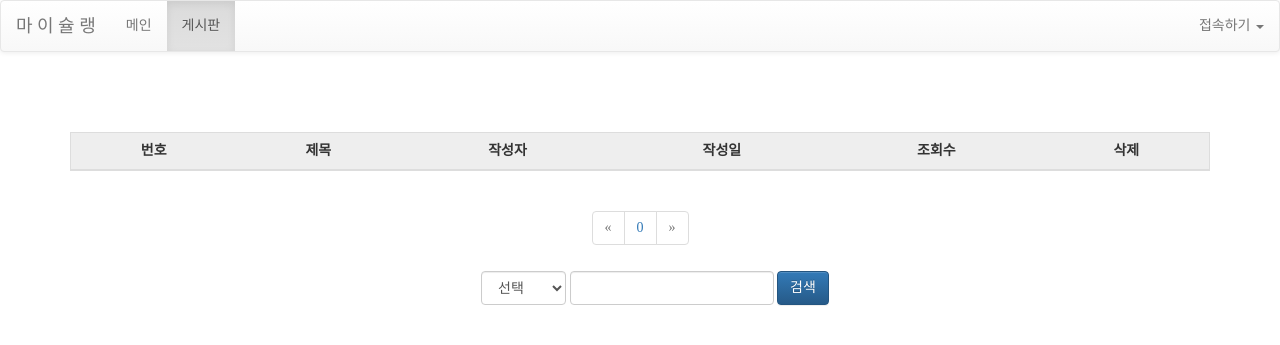
Repository: serendipity63/mychelin
Page: http://localhost/board/WEB-INF/views/boardlist.jsp
An editor plug-in stored every save of this project. The page is shown before and after the next save, followed by the edit.
The browser window is 1280 px wide. The pictures show the whole page.
Some web fonts or font styles are not loaded; a fallback is used. Some web libraries are served in a nearby version. The page is served by Tomcat 9. Nobody is signed in. Other server files are loaded and not shown. The template is opened directly, without the code that normally fills it, so the values that code supplies are empty.

Above is the page before, as saved 2024-01-11 08:24:13.

### board/src/main/webapp/WEB-INF/views/boardlist.jsp
<%@ page language="java" contentType="text/html; charset=UTF-8"
	pageEncoding="UTF-8"%>
<%@ taglib prefix="c" uri="http://java.sun.com/jsp/jstl/core"%>
<c:set var="contextPath" value="${pageContext.request.contextPath }" />

<!DOCTYPE html>
<html>
<head>
<meta charset="UTF-8">
<meta http-equiv="Content-Type" content="text/html; charset=UTF-8">
<meta name="viewport" content="width=device-width" , initial-scale="1">
<script src="https://code.jquery.com/jquery-3.1.1.min.js"></script>
<link rel="stylesheet" type="text/css"
	href="${contextPath}/resources/static/css/custom.css">
<link rel="stylesheet" type="text/css"
	href="https://maxcdn.bootstrapcdn.com/bootstrap/3.3.7/css/bootstrap.min.css">
<link rel="stylesheet" type="text/css"
	href="https://maxcdn.bootstrapcdn.com/bootstrap/3.3.7/css/bootstrap-theme.min.css">
<script
	src="https://maxcdn.bootstrapcdn.com/bootstrap/3.3.7/js/bootstrap.min.js"></script>
<title>JSP 게시판 사이트</title>
<style type="text/css">
a, a:hover {
	color: #000000;
	text-decoration: none;
}
</style>
</head>
<body>
	<nav class="navbar navbar-default">
		<div class="navbar-header">
			<button type="button" class="navbar-toggle collapsed"
				data-toggle="collapse" data-target="#bs-example-navbar-collapse-1"
				aria-expanded="false">
				<span class="icon-bar"></span> <span class="icon-bar"></span> <span
					class="icon-bar"></span>
			</button>
			<a class="navbar-brand" href="main">마 이 슐 랭</a>
		</div>
		<div class="collapse navbar-collapse"
			id="bs-example-navbar-collapse-1">
			<ul class="nav navbar-nav">
				<li><a href="${contextPath}/main">메인</a></li>
				<li class="active"><a href="${contextPath}/boardlist">게시판</a></li>
			</ul>
			<c:choose>

				<c:when test="${user eq Empty}">


					<ul class="nav navbar-nav navbar-right">
						<li class="dropdown"><a href="#" class="dropdown-toggle"
							data-toggle="dropdown" role="button" aria-haspopup="true"
							aria-expanded="false">접속하기 <span class="caret"></span>
						</a>
							<ul class="dropdown-menu">
								<li><a href="login">로그인</a></li>
								<li><a href="join">회원가입</a></li>
							</ul></li>
					</ul>

				</c:when>
				<c:otherwise>
					<ul class="nav navbar-nav navbar-right">
						<li class="dropdown"><a href="#" class="dropdown-toggle"
							data-toggle="dropdown" role="button" aria-haspopup="true"
							aria-expanded="false">회원관리 <span class="caret"></span>
						</a>
							<ul class="dropdown-menu">
								<li><a href="logout">로그아웃</a></li>
							</ul></li>
					</ul>
				</c:otherwise>
			</c:choose>
		</div>
	</nav>


	<div class="container">
		<c:if test="${user ne Empty }">
			<a href="${contextPath }/boardwrite"
				class="btn btn-primary pull-right">글쓰기</a>
		</c:if>
		<br /> <br /> <br />
		<table class="table table-striped"
			style="text-align: center; border: 1px solid #dddddd">
			<thead>
				<tr>
					<th style="background-color: #eeeeee; text-align: center;">번호</th>
					<th style="background-color: #eeeeee; text-align: center;">제목</th>
					<th style="background-color: #eeeeee; text-align: center;">작성자</th>
					<th style="background-color: #eeeeee; text-align: center;">작성일</th>
					<th style="background-color: #eeeeee; text-align: center;">조회수</th>
					<th style="background-color: #eeeeee; text-align: center;">삭제</th>
				</tr>
			</thead>
			<tbody>
				<c:forEach items="${boardList}" var="board">
					<tr id="tr_bottom">
						<td>${board.num}</td>
						<td><a
							href="${contextPath}/boarddetail/${board.num}/${pageInfo.curPage}">${board.subject}</a></td>
						<td>${board.writer}</td>
						<td>${board.writedate}</td>
						<td>${board.viewcount}</td>
						<td><c:if test="${user.id == board.writer}">
								<a
									href="${contextPath}/boarddelete/${board.num}/${pageInfo.curPage}">삭제</a>
							</c:if></td>
					</tr>
				</c:forEach>
			</tbody>
		</table>
		<nav aria-label="Page navigation" style="text-align: center;">
			<ul class="pagination" style="display: inline-block;">
				<c:choose>
					<c:when test="${pageInfo.curPage > 1}">
						<li><a
							href="${contextPath}/boardlist?page=${pageInfo.curPage-1}"
							onclick="return callBtn(${pageInfo.curPage-1});"
							aria-label="Previous"> <span aria-hidden="true">&laquo;</span>
						</a></li>
					</c:when>
					<c:otherwise>
						<li class="disabled"><span aria-hidden="true">&laquo;</span>
						</li>
					</c:otherwise>
				</c:choose>

				<c:forEach begin="${pageInfo.startPage}" end="${pageInfo.endPage}"
					var="i">
					<li class="${pageInfo.curPage == i ? 'active' : ''}"><a
						href="${contextPath}/boardlist?page=${i}"
						onclick="return callBtn(${i});">${i}</a></li>
				</c:forEach>

				<c:choose>
					<c:when test="${pageInfo.curPage < pageInfo.allPage}">
						<li><a
							href="${contextPath}/boardlist?page=${pageInfo.curPage+1}"
							onclick="return callBtn(${pageInfo.curPage+1});"
							aria-label="Next"> <span aria-hidden="true">&raquo;</span>
						</a></li>
					</c:when>
					<c:otherwise>
						<li class="disabled"><span aria-hidden="true">&raquo;</span>
						</li>
					</c:otherwise>
				</c:choose>
			</ul>
		</nav>
<div class="container">
    <form class="form-inline" action="boardsearch" method="post" id="searchform" style="text-align: center;">
        <input type="hidden" name="page" id="page" value="1">
        <div class="form-group">
            <select class="form-control" name="type">
                <option value="all">선택</option>
                <option value="subject" ${type eq 'subject'? 'selected':''}>제목</option>
                <option value="writer" ${type eq 'writer'? 'selected':''}>작성자</option>
                <option value="content" ${type eq 'content'? 'selected':''}>내용</option>
            </select>
        </div>
        <div class="form-group">
            <input type="text" class="form-control" name="keyword" id="keyword" value="${keyword }">
        </div>
        <button type="submit" class="btn btn-primary">검색</button>
    </form>
</div>

	</div>

</body>
</html>

### board/src/main/webapp/resources/static/css/custom.css
@charset "UTF-8";
@import url(http://fonts.googleapis.com/earlyaccess/nanumgothic.css);
@import url(http://fonts.googleapis.com/earlyaccess/hanna.css);

*{
	font-family:'Nanum Gothic';
}
h1{
	font-family: 'Hanna';
}

After the next save:
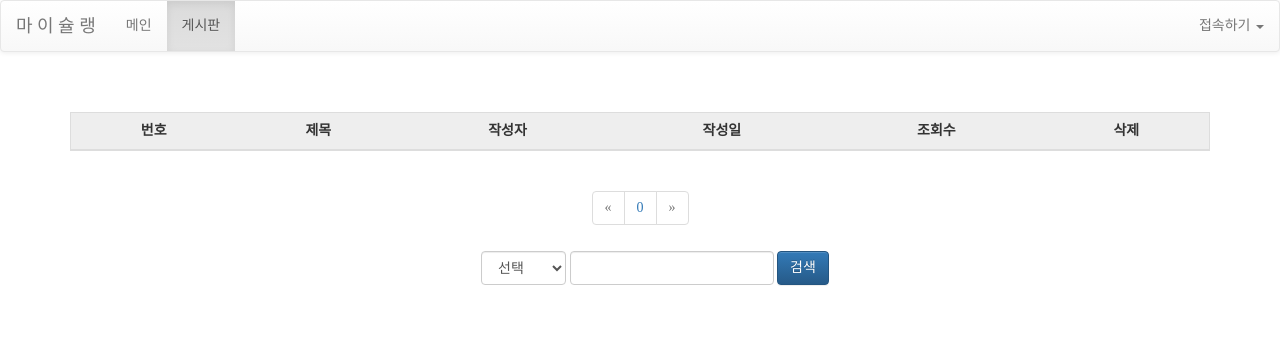
Saved 27 s later.
--- a/board/src/main/webapp/WEB-INF/views/boardlist.jsp
+++ b/board/src/main/webapp/WEB-INF/views/boardlist.jsp
@@ -81,7 +81,7 @@ a, a:hover {
 			<a href="${contextPath }/boardwrite"
 				class="btn btn-primary pull-right">글쓰기</a>
 		</c:if>
-		<br /> <br /> <br />
+		<br /> <br />
 		<table class="table table-striped"
 			style="text-align: center; border: 1px solid #dddddd">
 			<thead>
